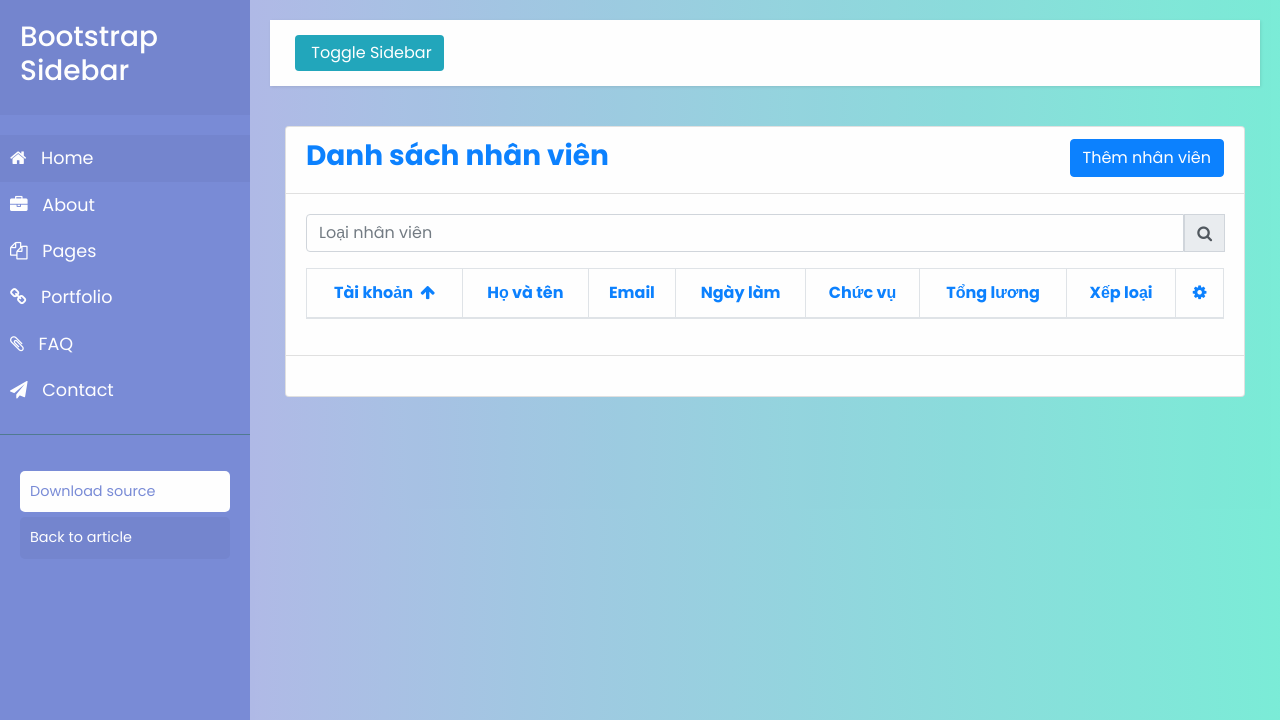
Repository: dovanthao2404/BC14_BaiTap_JS_Buoi_9-10
Page: index.html
The author's editor kept a copy of each file at every save. The page is drawn from the files as they stood at one save, then again after the next save.
The browser window is 1280 px wide. The pictures show the whole page.
Some web fonts or font styles are not loaded; a fallback is used.

Above is the page before, as saved 2021-07-25 16:14:59.

### index.html
<!DOCTYPE html>
<html lang="en">

<head>
	<meta charset="UTF-8">
	<meta name="viewport" content="width=device-width, initial-scale=1.0">
	<title>Quản lý nhân viên</title>

	<!-- Font Awesome -->
	<link rel="stylesheet" href="https://cdnjs.cloudflare.com/ajax/libs/font-awesome/4.7.0/css/font-awesome.min.css">

	<!-- Bootstrap 4 -->
	<link rel="stylesheet" href="css/bootstrap.min.css">

	<!-- JQuery UI -->
	<link rel="stylesheet" href="css/jquery-ui.min.css">

	<!-- Animate -->
	<!-- <link rel="stylesheet" href="css/animate.css"> -->

	<!-- My CSS -->
	<link rel="stylesheet" href="css/modal.css">

	<link rel="stylesheet" href="css/style4.css">

	<link rel="stylesheet" type="text/css" href="css/main.css">
</head>

<body>

	<div class="wrapper">
		<!-- Sidebar Holder -->
		<nav id="sidebar">
			<div class="sidebar-header">
				<h3>Bootstrap Sidebar</h3>
				<strong>BS</strong>
			</div>

			<ul class="list-unstyled components">
				<li class="active">
					<a href="#homeSubmenu">
						<i class="fa fa-home"></i>
						Home
					</a>
				</li>
				<li>
					<a href="#">
						<i class="fa fa-briefcase"></i>
						About
					</a>
					<a href="#pageSubmenu">
						<i class="fa fa-files-o"></i>
						Pages
					</a>
				</li>
				<li>
					<a href="#">
						<i class="fa fa-link"></i>
						Portfolio
					</a>
				</li>
				<li>
					<a href="#">
						<i class="fa fa-paperclip"></i>
						FAQ
					</a>
				</li>
				<li>
					<a href="#">
						<i class="fa fa-paper-plane"></i>
						Contact
					</a>
				</li>
			</ul>

			<ul class="list-unstyled CTAs">
				<li><a href="https://bootstrapious.com/tutorial/files/sidebar.zip" class="download">Download source</a>
				</li>
				<li><a href="https://bootstrapious.com/p/bootstrap-sidebar" class="article">Back to article</a></li>
			</ul>
		</nav>

		<!-- Page Content Holder -->
		<div id="content">
			<nav class="navbar navbar-default">
				<div class="container-fluid">

					<div class="navbar-header">
						<button type="button" id="sidebarCollapse" class="btn btn-info navbar-btn">
							<i class="glyphicon glyphicon-align-left"></i>
							<span>Toggle Sidebar</span>
						</button>
					</div>

					<div class="collapse navbar-collapse" id="bs-example-navbar-collapse-1">
						<ul class="nav navbar-nav navbar-right">
							<li><a href="#">Page</a></li>
							<li><a href="#">Page</a></li>
							<li><a href="#">Page</a></li>
							<li><a href="#">Page</a></li>
						</ul>
					</div>
				</div>
			</nav>


			<div class="container">
				<div class="card text-center">
					<!-- Header -->
					<div class="card-header myCardHeader">
						<div class="row">
							<div class="col-md-6">
								<h3 class="text-left text-primary font-weight-bold">Danh sách nhân viên</h3>
							</div>
							<div class="col-md-6 text-right">
								<button class="btn btn-primary" id="btnThem" data-toggle="modal" data-target="#myModal">Thêm nhân
									viên</button>
							</div>
						</div>
					</div>

					<!-- Body -->
					<div class="card-body">
						<div class="row mb-3">
							<div class="col">
								<div class="input-group">
									<input type="text" class="form-control" placeholder="Loại nhân viên" id="searchName">
									<div class="input-group-prepend">
										<span class="input-group-text" id="btnTimNV"><i class="fa fa-search"></i></span>
									</div>
								</div>
							</div>
						</div>
						<table class="table table-bordered table-hover myTable">
							<thead class="text-primary">
								<tr>
									<th class="nowrap">
										<span class="mr-1">Tài khoản</span>
										<i class="fa fa-arrow-up" id="SapXepTang"></i>
										<i class="fa fa-arrow-down" id="SapXepGiam"></i>
									</th>
									<th>Họ và tên</th>
									<th>Email</th>
									<th>Ngày làm</th>
									<th>Chức vụ</th>
									<th>Tổng lương</th>
									<th>Xếp loại</th>
									<th><em class="fa fa-cog"></em></th>
								</tr>
							</thead>
							<tbody id="tableDanhSach">

							</tbody>
						</table>
					</div>

					<!-- Footer -->
					<div class="card-footer myCardFooter">
						<nav>
							<ul class="pagination justify-content-center" id="ulPhanTrang">

							</ul>
						</nav>
					</div>
				</div>
			</div>

		</div>
	</div>


	<!-- The Modal -->
	<div class="modal fade" id="myModal">
		<div class="modal-dialog">
			<div class="modal-content">

				<header class="head-form mb-0">
					<h2 id="header-title">Log In</h2>
				</header>

				<!-- Modal Header -->
				<!-- 	<div class="modal-header">
					<h4 class="modal-title" id="modal-title">Modal Heading</h4>
					<button type="button" class="close" data-dismiss="modal">&times;</button>
				</div> -->

				<!-- Modal body -->
				<div class="modal-body">

					<form role="form" id="formQLNV">

						<div class="form-group">
							<div class="input-group">
								<div class="input-group-prepend">
									<span class="input-group-text"><i class="fa fa-user"></i></span>
								</div>
								<input type="text" name="tk" rules="required|account|min:4|max:6" id="tknv"
									class="form-control input-sm" placeholder="Tài khoản">
							</div>
							<span class="sp-thongbao form-message text-danger" id="tbTKNV"></span>
						</div>

						<div class="form-group">
							<div class="input-group">
								<div class="input-group-prepend">
									<span class="input-group-text"><i class="fa fa-address-book"></i></span>
								</div>
								<input type="name" name="name" rules="required|stringVN" class="form-control input-sm"
									placeholder="Họ và tên">
							</div>
							<span class="sp-thongbao form-message text-danger" id="tbTen"></span>
						</div>

						<div class="form-group">
							<div class="input-group">
								<div class="input-group-prepend">
									<span class="input-group-text"><i class="fa fa-envelope"></i></span>
								</div>
								<input type="email" name="email" id="email" rules="required|email" class="form-control input-sm"
									placeholder="Email">
							</div>

							<span class="sp-thongbao form-message text-danger" id="tbEmail"></span>
						</div>

						<div class="form-group">
							<div class="input-group">
								<div class="input-group-prepend">
									<span class="input-group-text"><i class="fa fa-key"></i></span>
								</div>
								<input type="password" name="password" rules="required|password|min:6|max:10" id="password"
									class="form-control input-sm" placeholder="Mật khẩu">
							</div>
							<span class="sp-thongbao form-message text-danger" id="tbMatKhau"></span>
						</div>

						<div class="form-group">
							<div class="input-group">
								<div class="input-group-prepend">
									<span class="input-group-text"><i class="fa fa-calendar"></i></span>
								</div>
								<input type="text" name="ngaylam" rules="required|date" id="datepicker" class="form-control"
									placeholder="Ngày làm">
							</div>

							<span class="sp-thongbao form-message text-danger" id="tbNgay"></span>
						</div>

						<div class="form-group">
							<div class="input-group">
								<div class="input-group-prepend">
									<span class="input-group-text"><i class="fa fa-money" aria-hidden="true"></i></span>
								</div>
								<input type="text" name="luongCB" rules="required|number|minValue:1000000|maxValue:20000000"
									id="luongCB" class="form-control input-sm" placeholder="Lương cơ bản">
							</div>
							<span class="sp-thongbao form-message text-danger" id="tbLuongCB"></span>
						</div>
						<div class="form-group">
							<div class="input-group">
								<div class="input-group-prepend">
									<span class="input-group-text"><i class="fa fa-briefcase"></i></span>
								</div>
								<select class="form-control" name="chucvu" rules="requiredSL" id="chucvu">
									<option value="">Chọn chức vụ</option>
									<option value="Sếp">Sếp</option>
									<option value="Trưởng phòng">Trưởng phòng</option>
									<option value="Nhân viên">Nhân viên</option>
								</select>
							</div>

							<span class="sp-thongbao form-message text-danger" id="tbChucVu"></span>
						</div>
						<div class="form-group">
							<div class="input-group">
								<div class="input-group-prepend">
									<span class="input-group-text"><i class="fa fa-clock-o" aria-hidden="true"></i></span>
								</div>
								<input type="text" name="gioLam" rules="required|number|minValue:80|maxValue:200" id="gioLam"
									class="form-control input-sm" placeholder="Giờ làm">
							</div>
							<span class="sp-thongbao form-message text-danger" id="tbGiolam"></span>
						</div>

					</form>
				</div>

				<!-- Modal footer -->
				<div class="modal-footer" id="modal-footer">
					<button id="btnThemNV" type="button" class="btn btn-success btn-validator">Thêm người dùng</button>
					<button id="btnCapNhat" type="button" class="btn btn-success btn-validator">Cập nhật</button>
					<button id="btnDong" type="button" class="btn btn-danger" data-dismiss="modal">Đóng</button>
				</div>

			</div>
		</div>
	</div>

	<!-- Bootstrap -->
	<script src="js/jquery.min.js"></script>
	<script type="text/javascript" src="js/jquery.easing.min.js"></script>
	<script type="text/javascript" src="js/popper.min.js"></script>
	<script type="text/javascript" src="js/bootstrap.min.js"></script>

	<!-- Date Picker -->
	<!-- <script src="js/jquery-ui.min.js"></script> -->
	<script src="./js/jquery-ui.js"></script>
	<script src="js/datepicker.js"></script>

	<!-- Wow -->
	<!-- <script src="js/wow.min.js"></script>
	<script>
		new WOW().init();
	</script>  -->

	<!-- <script src="js/modal.js"></script> -->


	<script type="text/javascript">
		$(document).ready(function () {
			$('#sidebarCollapse').on('click', function () {
				$('#sidebar').toggleClass('active');
			});
		});
	</script>
	<script src="./js/Validator.js"></script>
	<script src="./js/Staff.js"></script>
	<script src="./js/StaffManager.js"></script>
	<script src="./js/main.js"></script>
</body>

</html>

### css/modal.css
/* Fonts Form Google Font ::- https://fonts.google.com/  -:: */
@import url('https://fonts.googleapis.com/css?family=Abel|Abril+Fatface|Alegreya|Arima+Madurai|Dancing+Script|Dosis|Merriweather|Oleo+Script|Overlock|PT+Serif|Pacifico|Playball|Playfair+Display|Share|Unica+One|Vibur');
/* End Fonts */
/* Start Global rules */
* {
    padding: 0;
    margin: 0;
    box-sizing: border-box;
}
/* End Global rules */

/* Start body rules */
body {
    background-image: linear-gradient(-225deg, #E3FDF5 0%, #FFE6FA 100%);
background-image: linear-gradient(to top, #a8edea 0%, #fed6e3 100%);
background-attachment: fixed;
  background-repeat: no-repeat;

    font-family: 'Vibur', cursive;
/*   the main font */
    font-family: 'Abel', sans-serif;
opacity: .95;
/* background-image: linear-gradient(to top, #d9afd9 0%, #97d9e1 100%); */
}



/* |||||||||||||||||||||||||||||||||||||||||||||*/
/* //////////////////////////////////////////// */




/* End body rules */

/* Start form  attributes */
form {
    width: 450px;
    /*min-height: 500px;*/
    height: auto;
    border-radius: 5px;
    margin: 2% auto;
    box-shadow: 0 9px 50px hsla(20, 67%, 75%, 0.31);
    padding: 2%;
    background-image: linear-gradient(-225deg, #E3FDF5 50%, #FFE6FA 50%);
}
/* form Container */
form .con {
    display: -webkit-flex;
    display: flex;

    -webkit-justify-content: space-around;
    justify-content: space-around;

    -webkit-flex-wrap: wrap;
    flex-wrap: wrap;

      margin: 0 auto;
}

/* the header form form */
header {
    margin: 2% auto 10% auto;
    text-align: center;
}
/* Login title form form */
header h2 {
    font-size: 250%;
    font-family: 'Playfair Display', serif;
    color: #3e403f;
}
/*  A welcome message or an explanation of the login form */
header p {letter-spacing: 0.05em;}



/* //////////////////////////////////////////// */
/* //////////////////////////////////////////// */


.input-item {
    background: #fff;
    color: #333;
    padding: 14.5px 0px 15px 9px;
    border-radius: 5px 0px 0px 5px;
}



/* Show/hide password Font Icon */
#eye {
    background: #fff;
    color: #333;

    margin: 5.9px 0 0 0;
    margin-left: -20px;
    padding: 15px 9px 19px 0px;
    border-radius: 0px 5px 5px 0px;

    float: right;
    position: relative;
    right: 1%;
    top: -.2%;
    z-index: 5;

    cursor: pointer;
}
/* inputs form  */
input[class="form-input"]{
    width: 240px;
    height: 50px;

    margin-top: 2%;
    padding: 15px;

    font-size: 16px;
    font-family: 'Abel', sans-serif;
    color: #5E6472;

    outline: none;
    border: none;

    border-radius: 0px 5px 5px 0px;
    transition: 0.2s linear;

}
input[id="txt-input"] {width: 250px;}
/* focus  */
input:focus {
    transform: translateX(-2px);
    border-radius: 5px;
}

/* //////////////////////////////////////////// */
/* //////////////////////////////////////////// */

/* input[type="text"] {min-width: 250px;} */
/* buttons  */

/* Submits */
.submits {
    width: 48%;
    display: inline-block;
    float: left;
    margin-left: 2%;
}

/*       Forgot Password button FAF3DD  */
.frgt-pass {background: transparent;}

/*     Sign Up button  */
.sign-up {background: #B8F2E6;}


/* buttons hover */
button:hover {
    transform: translatey(3px);
    box-shadow: none;
}

/* buttons hover Animation */
button:hover {
    animation: ani9 0.4s ease-in-out infinite alternate;
}
@keyframes ani9 {
    0% {
        transform: translateY(3px);
    }
    100% {
        transform: translateY(5px);
    }
}

### css/style4.css
/*
    DEMO STYLE
*/
@import "https://fonts.googleapis.com/css?family=Poppins:300,400,500,600,700";

body {
  font-family: "Poppins", sans-serif;
  background: #fafafa;
}

p {
  font-family: "Poppins", sans-serif;
  font-size: 1.1em;
  font-weight: 300;
  line-height: 1.7em;
  color: #999;
}

a,
a:hover,
a:focus {
  color: inherit;
  text-decoration: none;
  transition: all 0.3s;
}

.navbar {
  padding: 15px 10px;
  background: #fff;
  border: none;
  border-radius: 0;
  margin-bottom: 40px;
  box-shadow: 1px 1px 3px rgba(0, 0, 0, 0.1);
}

.navbar-btn {
  box-shadow: none;
  outline: none !important;
  border: none;
}

.line {
  width: 100%;
  height: 1px;
  border-bottom: 1px dashed #ddd;
  margin: 40px 0;
}

i {
  display: inline-block;
}

/* ---------------------------------------------------
    SIDEBAR STYLE
----------------------------------------------------- */
.wrapper {
  display: flex;
  align-items: stretch;
}

#sidebar {
  min-width: 250px;
  max-width: 250px;
  background: #7386d5;
  color: #fff;
  transition: all 0.3s;
}

#sidebar.active {
  min-width: 80px;
  max-width: 80px;
  text-align: center;
}

#sidebar.active .sidebar-header h3,
#sidebar.active .CTAs {
  display: none;
}

#sidebar.active .sidebar-header strong {
  display: block;
}

#sidebar ul li a {
  text-align: left;
}

#sidebar.active ul li a {
  padding: 20px 10px;
  text-align: center;
  font-size: 0.85em;
}

#sidebar.active ul li a i {
  margin-right: 0;
  display: block;
  font-size: 1.8em;
  margin-bottom: 5px;
}

#sidebar.active ul ul a {
  padding: 10px !important;
}

#sidebar.active a[aria-expanded="false"]::before,
#sidebar.active a[aria-expanded="true"]::before {
  top: auto;
  bottom: 5px;
  right: 50%;
  -webkit-transform: translateX(50%);
  -ms-transform: translateX(50%);
  transform: translateX(50%);
}

#sidebar .sidebar-header {
  padding: 20px;
  background: #6d7fcc;
}

#sidebar .sidebar-header strong {
  display: none;
  font-size: 1.8em;
}

#sidebar ul.components {
  padding: 20px 0;
  border-bottom: 1px solid #47748b;
}

#sidebar ul li a {
  padding: 10px;
  font-size: 1.1em;
  display: block;
}
#sidebar ul li a:hover {
  color: #7386d5;
  background: #fff;
}
#sidebar ul li a i {
  margin-right: 10px;
}

#sidebar ul li.active > a,
a[aria-expanded="true"] {
  color: #fff;
  background: #6d7fcc;
}

a[data-toggle="collapse"] {
  position: relative;
}

a[aria-expanded="false"]::before,
a[aria-expanded="true"]::before {
  content: "\e259";
  display: block;
  position: absolute;
  right: 20px;
  font-family: "Glyphicons Halflings";
  font-size: 0.6em;
}
a[aria-expanded="true"]::before {
  content: "\e260";
}

ul ul a {
  font-size: 0.9em !important;
  padding-left: 30px !important;
  background: #6d7fcc;
}

ul.CTAs {
  padding: 20px;
}

ul.CTAs a {
  text-align: center;
  font-size: 0.9em !important;
  display: block;
  border-radius: 5px;
  margin-bottom: 5px;
}

a.download {
  background: #fff;
  color: #7386d5;
}

a.article,
a.article:hover {
  background: #6d7fcc !important;
  color: #fff !important;
}

/* ---------------------------------------------------
    CONTENT STYLE
----------------------------------------------------- */
#content {
  padding: 20px;
  min-height: 100vh;
  transition: all 0.3s;
}

/* ---------------------------------------------------
    MEDIAQUERIES
----------------------------------------------------- */
@media (max-width: 768px) {
  #sidebar {
    min-width: 80px;
    max-width: 80px;
    text-align: center;
    margin-left: -80px !important ;
  }
  a[aria-expanded="false"]::before,
  a[aria-expanded="true"]::before {
    top: auto;
    bottom: 5px;
    right: 50%;
    -webkit-transform: translateX(50%);
    -ms-transform: translateX(50%);
    transform: translateX(50%);
  }
  #sidebar.active {
    margin-left: 0 !important;
  }

  #sidebar .sidebar-header h3,
  #sidebar .CTAs {
    display: none;
  }

  #sidebar .sidebar-header strong {
    display: block;
  }

  #sidebar ul li a {
    padding: 20px 10px;
  }

  #sidebar ul li a span {
    font-size: 0.85em;
  }
  #sidebar ul li a i {
    margin-right: 0;
    display: block;
  }

  #sidebar ul ul a {
    padding: 10px !important;
  }

  #sidebar ul li a i {
    font-size: 1.3em;
  }
  #sidebar {
    margin-left: 0;
  }
  #sidebarCollapse span {
    display: none;
  }
}

### css/main.css
/* .sp-thongbao {
  color: red;
  margin-left: 2px;
  display: none;
} */

#SapXepGiam {
  display: none;
}

#content {
  width: 100%;
  background: #74ebd5; /* fallback for old browsers */
  background: -webkit-linear-gradient(
    to right,
    #acb6e5,
    #74ebd5
  ); /* Chrome 10-25, Safari 5.1-6 */
  background: linear-gradient(
    to right,
    #acb6e5,
    #74ebd5
  ); /* W3C, IE 10+/ Edge, Firefox 16+, Chrome 26+, Opera 12+, Safari 7+ */
}

.myCardHeader,
.myCardFooter {
  background-color: transparent;
}

### js/Staff.js
/**
 * Mục đính: Quản lý các nghiệp vụ liên quan đến lớp nhân viên
 * Ngày tạo: 23/7/2021
 * Version: 1.0
 * Người tao: Đỗ Văn Thảo
 */

function Staff(account, fullName, email, password, startingDate, basicSalary, position, workingHours) {
  this.account = account,
    this.fullName = fullName,
    this.email = email,
    this.password = password,
    this.startingDate = startingDate,
    this.basicSalary = basicSalary,
    this.position = position,
    this.workingHours = workingHours,
    this.classification,
    this.totalSalary,
    this.arrayProperties = [this.account, this.fullName, this.email, this.password, this.startingDate, this.basicSalary, this.position, this.workingHours]
}

Staff.prototype.staffAssessment = function () {
  var excellent = "Xuất sắc";
  var veryGood = "Giỏi";
  var good = "Khá";
  var ordinary = "Trung bình"
  if (this.workingHours >= 192) {
    this.classification = excellent;
  } else if (this.workingHours >= 176) {
    this.classification = veryGood;
  } else if (this.workingHours >= 160) {
    this.classification = good;
  } else {
    this.classification = ordinary;
  }
}

Staff.prototype.calculationOfSalary = function () {
  var boss = "Sếp";
  var headOfDepartment = "Trưởng phòng";
  var regularStaff = "Nhân viên";

  if (this.position === boss) {
    this.totalSalary = this.basicSalary * 3;
  } else if (this.position === headOfDepartment) {
    this.totalSalary = this.basicSalary * 2;
  } else {
    this.totalSalary = this.basicSalary;
  }
}

### js/StaffManager.js
/**
 * Mục đính: Quản lý các nghiệp vụ liên quan đến lớp Quản lý nhân viên
 * Ngày tạo: 23/7/2021
 * Version: 1.0
 * Người tao: Đỗ Văn Thảo
 */



function StaffManager() {
  this.listStaff =
    JSON.parse(localStorage.getItem("listStaff")) || [];
}

StaffManager.prototype.start = function () {
  if (this.listStaff === []) return;

  this.listStaff = this.listStaff.map(function (staff) {
    var newStaff = new Staff(
      staff.account,
      staff.fullName,
      staff.email,
      staff.password,
      staff.startingDate,
      staff.basicSalary,
      staff.position,
      staff.workingHours
    )
    newStaff.calculationOfSalary();
    newStaff.staffAssessment();

    return newStaff;
  })
}


StaffManager.prototype.saveLocalStorage = function () {
  localStorage.setItem("listStaff", JSON.stringify(this.listStaff));
}


StaffManager.prototype.addStaff = function (staff) {
  staff.calculationOfSalary();
  staff.staffAssessment();
  this.listStaff.push(staff);
  this.saveLocalStorage();
}

StaffManager.prototype.removeStaff = function (account) {
  this.listStaff = this.listStaff.filter(function (staff) {
    return staff.account !== account;
  })
  this.saveLocalStorage();
}

StaffManager.prototype.updateStaff = function (staff) {
  this.listStaff = this.listStaff.map(function (st) {
    if (st.maSV !== staff.maSV) {
      return st;
    }
    return staff;
  });

  this.saveLocalStorage();
}


StaffManager.prototype.calculationOfSalary = function () {
  for (var staff of this.listStaff) {
    staff.calculationOfSalary();
  }
}

StaffManager.prototype.staffAssessment = function () {
  for (var staff of this.listStaff) {
    staff.staffAssessment();
  }
}

StaffManager.prototype.findStaffByClassification = function (classification) {
  var staffTemp = this.listStaff.filter(function (staff, index) {
    classification = classification.trim().toLowerCase();
    var classificaitonStaff = staff.classification.toLowerCase().trim();
    return classificaitonStaff.includes(classification);
  })
  return staffTemp;
}

### js/main.js
var staffManager = new StaffManager();
staffManager.start();
showListStaff(staffManager.listStaff)
new Validator("#formQLNV");

document.querySelector("#btnThem").addEventListener("click", function () {
  updateForm();
  removeMessage();
  callModal("Thêm nhân viên", false, 1);
})
document.querySelector("#btnThemNV").addEventListener("click", handleAddStaff)

function handleAddStaff() {
  var validation = new Validator("#formQLNV");
  var data = validation.getData();

  if (Object.keys(data).length !== 0) {
    var dataStaff = [];
    var count = 0;
    for (var key in data) {
      dataStaff[count] = data[key];
      count++;
    }
    var staff = new Staff(...dataStaff)
    staffManager.addStaff(staff);
    showListStaff(staffManager.listStaff);
  }
}

function showListStaff(listStaff) {
  var tbody = document.querySelector("#tableDanhSach");
  var html = '';
  listStaff.forEach(function (staff) {
    html += `
    <tr>
      <th>${staff.account}</th>
      <th>${staff.fullName}</th>
      <th>${staff.email}</th>
      <th>${staff.startingDate}</th>
      <th>${staff.position}</th>
      <th>${staff.totalSalary}</th>
      <th>${staff.classification}</th>
      <th>
        <button class="btn btn-warning" data-action="change" data-account="${staff.account}">Sửa</button>
        <button class="btn btn-danger" data-action="delete" data-account="${staff.account}">Xóa</button>
      </th>
    </tr>
    `
  })
  tbody.innerHTML = html;
}

function updateForm() {
  var inputs = document.querySelectorAll("[name][rules]");
  var lengthInputs = inputs.length;
  for (var i = 0; i < lengthInputs; i++) {
    if (inputs[i].getAttribute("rules").includes("date")) continue;
    inputs[i].value = '';
  }
}
function getParent(element, selector) {
  while (element.parentElement) {
    if (element.parentElement.matches(selector)) {
      return element.parentElement;
    }
    element = element.parentElement;
  }
}

function removeMessage() {
  var inputs = document.querySelectorAll("[name][rules]");
  var lengthInputs = inputs.length;
  for (var i = 0; i < lengthInputs; i++) {
    var formGroup = getParent(inputs[i], ".form-group");
    var messageElement = formGroup.querySelector(".form-message");
    messageElement.innerText = "";
  }
}

function callModal(title, readonly, type) {
  document.querySelector("#header-title").innerText = title;
  if (readonly) {
    document.querySelector("#tknv").setAttribute("disable", "");
  } else {
    document.querySelector("#tknv").removeAttribute("disable");
  }
  if (type === 1) {
    document.querySelector("#btnThemNV").style.display = "block";
    document.querySelector("#btnCapNhat").style.display = "none";
  } else {
    document.querySelector("#btnThemNV").style.display = "none";
    document.querySelector("#btnCapNhat").style.display = "block";
  }
}

Loaded but not shown: css/bootstrap.min.css (library); css/jquery-ui.min.css (library); js/jquery.min.js (library); js/jquery.easing.min.js (common file); js/popper.min.js (library); js/bootstrap.min.js (library); js/jquery-ui.js (library); js/datepicker.js (common file); js/Validator.js (248 lines, source omitted)

After the next save:
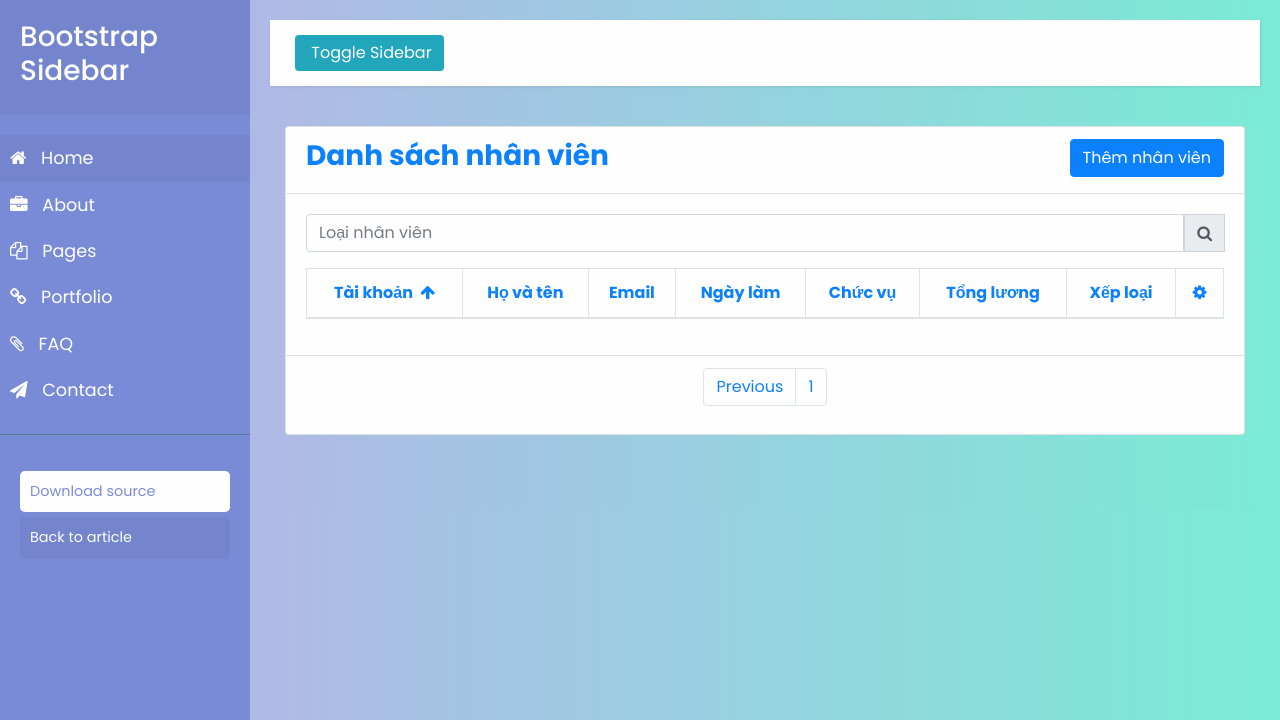
Saved 7 min 7 s later.
--- a/index.html
+++ b/index.html
@@ -158,7 +158,8 @@
 					<div class="card-footer myCardFooter">
 						<nav>
 							<ul class="pagination justify-content-center" id="ulPhanTrang">
-
+								<li class="page-item"><a class="page-link" href="#">Previous</a></li>
+								<li class="page-item"><a class="page-link" href="#">1</a></li>
 							</ul>
 						</nav>
 					</div>
